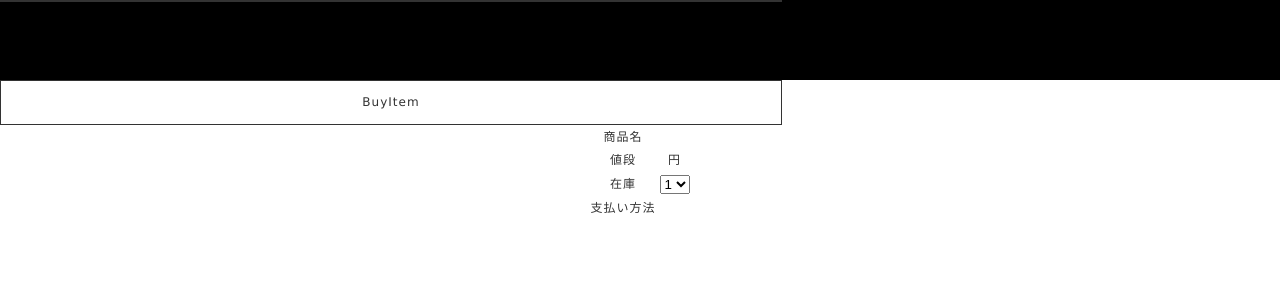
Repository: cha-git/ecsite
Page: http://localhost/template/buyItem.jsp
An editor plug-in stored every save of this project. The page is shown before and after the next save, followed by the edit.
The browser window is 1280 px wide. The pictures show the whole page.
The page is served by Tomcat 9.

Above is the page before, as saved 2018-12-21 10:40:00.

After the next save:
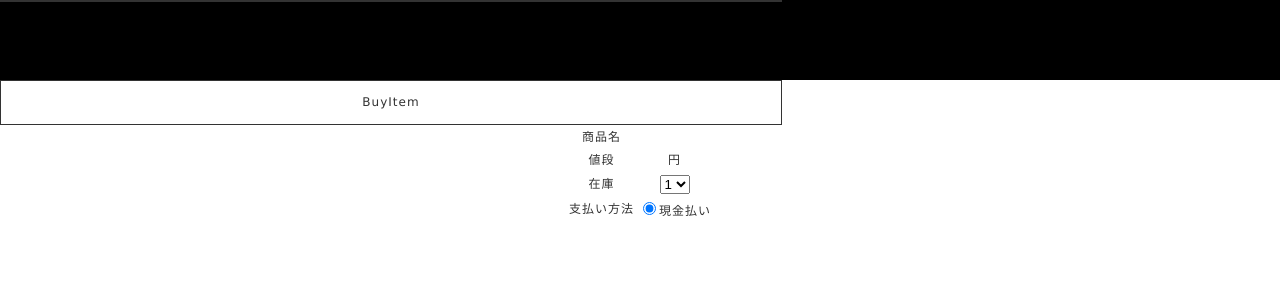
Saved 95 s later.
--- a/template/WebContent/buyItem.jsp
+++ b/template/WebContent/buyItem.jsp
@@ -103,6 +103,9 @@
 					<td>
 						<span>支払い方法</span>
 					</td>
+					<td>
+						<input type="radio" name="pay" value="1" checked="checked">現金払い
+					</td>
 				</tr>
 			</table>
 		</s:form>
